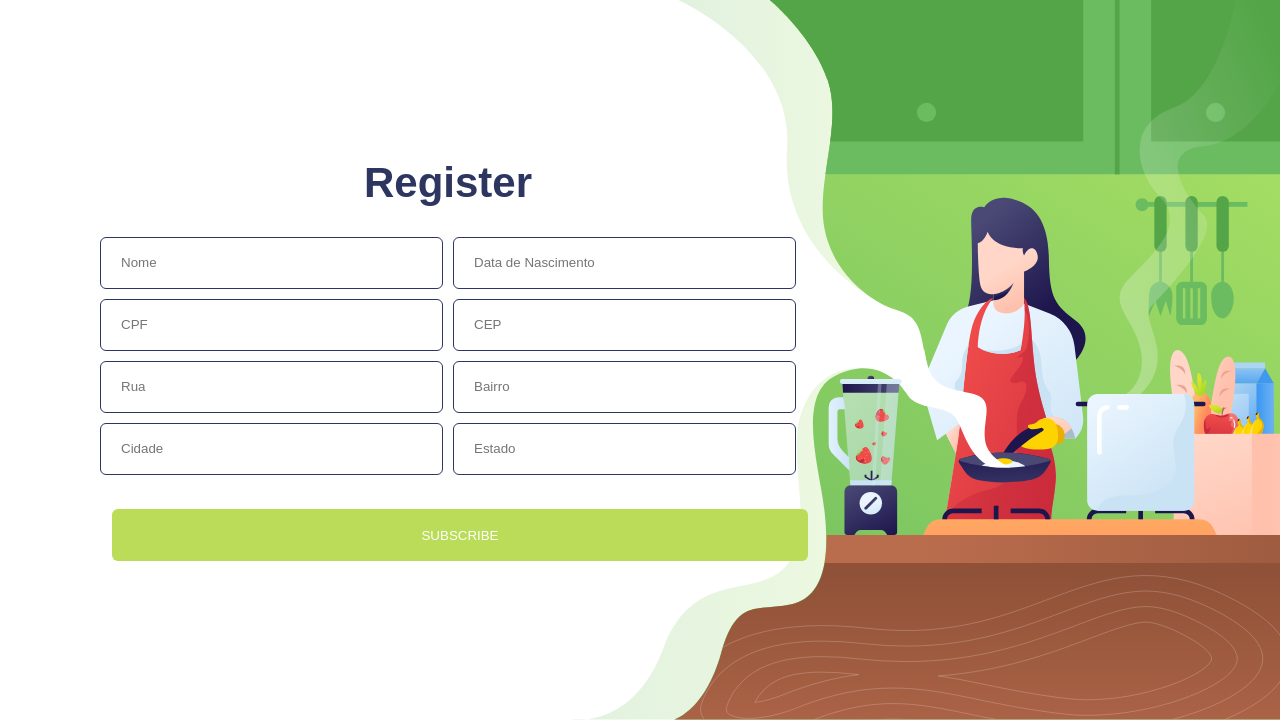
Repository: LuccaCasalecchi/HealthyFood
Page: /register
These files come from the project's save history. The page is drawn as it stood at one moment and after the next save; the edit follows.
The browser window is 1280 px wide. The pictures show the whole page.
The project was rebuilt for these pictures with package versions that can differ from the ones it lists, and the page was loaded fresh each time. Also part of the build but not shown: src/components/Header/Header.css, src/components/Header/Header.jsx, src/components/Main/Main.css, src/components/Main/Main.jsx, src/components/Card/Card.css, src/components/Card/Card.jsx, src/components/Recipes/Recipes.css, src/components/Recipes/Recipes.jsx and 11 more.

Above is the page before, as saved 2021-08-21 01:47:51.

After the next save:
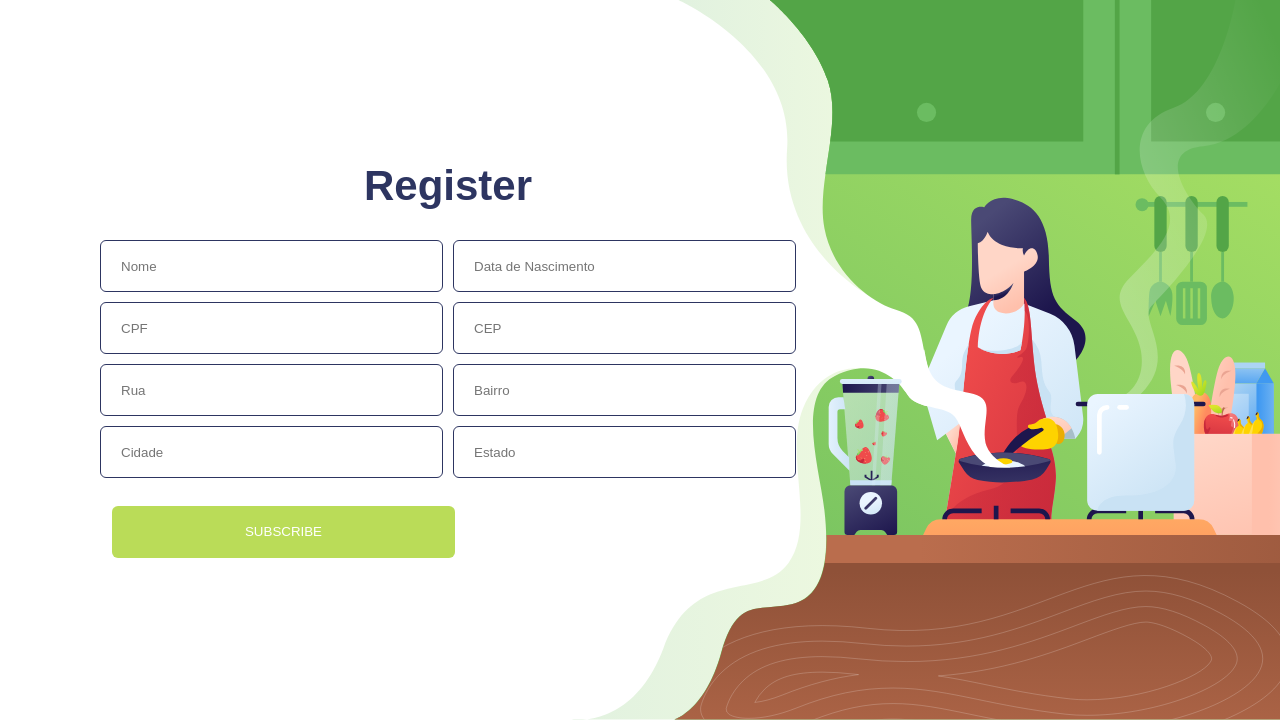
Saved 14 s later.
--- a/src/pages/Register/Register.jsx
+++ b/src/pages/Register/Register.jsx
@@ -18,10 +18,11 @@ export default function Register() {
           <Input placeholderProp = "Bairro"  />
           <Input placeholderProp = "Cidade" />
           <Input placeholderProp = "Estado"  />
-        </form>
-        <Button
+          <Button
         title="SUBSCRIBE"
         typeProp="submit"/>
+        </form>
+
       </div>
       <img src={imageService} alt="Register" />
     </div>
